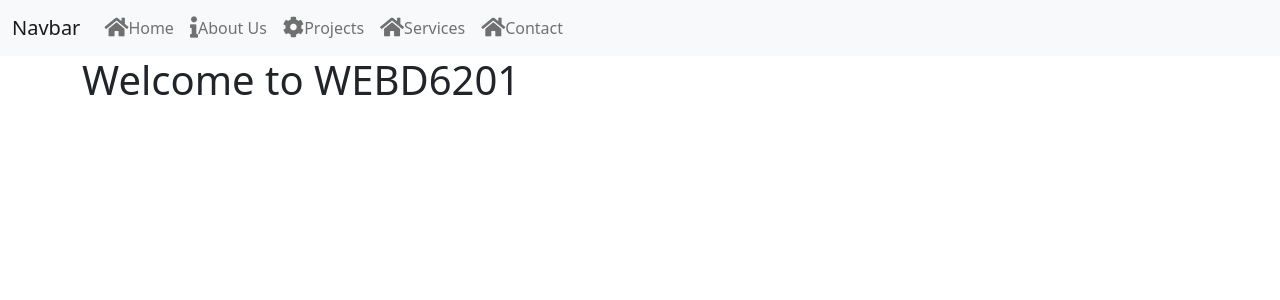
Repository: deividwsantoss/webd6201-W2021-ICE1
Page: Index.html
The author's editor kept a copy of each file at every save. The page is drawn from the files as they stood at one save, then again after the next save.
The browser window is 1280 px wide. The pictures show the whole page.

Above is the page before, as saved 2021-02-02 10:08:34.

After the next save:
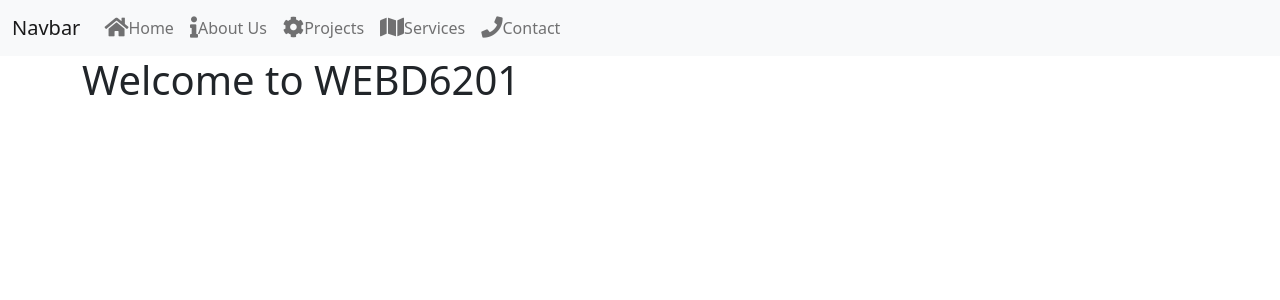
Saved 15 s later.
--- a/Index.html
+++ b/Index.html
@@ -30,10 +30,10 @@
                     <a class="nav-link" aria-current="page" href="#"><i class="fas fa-cog fa-lg"></i>Projects</a>
                   </li>
                   <li class="nav-item">
-                    <a class="nav-link" aria-current="page" href="#"><i class="fas fa-home fa-lg"></i>Services</a>
+                    <a class="nav-link" aria-current="page" href="#"><i class="fas fa-map fa-lg"></i>Services</a>
                   </li>
                   <li class="nav-item">
-                    <a class="nav-link" aria-current="page" href="#"><i class="fas fa-home fa-lg"></i>Contact</a>
+                    <a class="nav-link" aria-current="page" href="#"><i class="fas fa-phone fa-lg"></i>Contact</a>
                   </li>
 
                 </ul>
